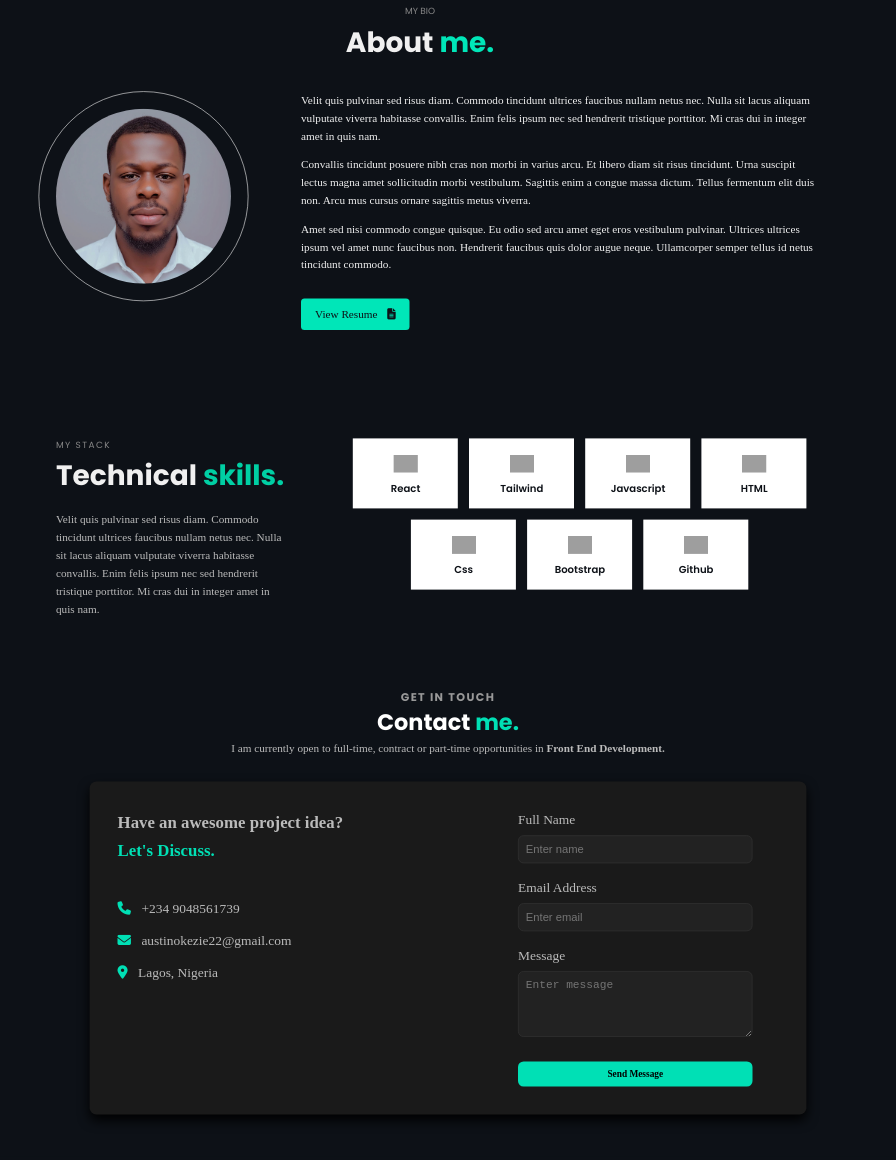
Repository: Austinokezie/Myportfolio
Page: index.html
The author's editor kept a copy of each file at every save. The page is drawn from the files as they stood at one save, then again after the next save.
The browser window is 1280 px wide. The pictures show the part of the page from y = 2045 to 3965 px (the page is 3702 px tall before and 3965 px after), at 70% of full size.
Pictures or frames that could not be fetched are drawn as grey boxes. Some web fonts or font styles are not loaded; a fallback is used.

Above is the page before, as saved 2025-10-15 00:59:56.

After the next save:
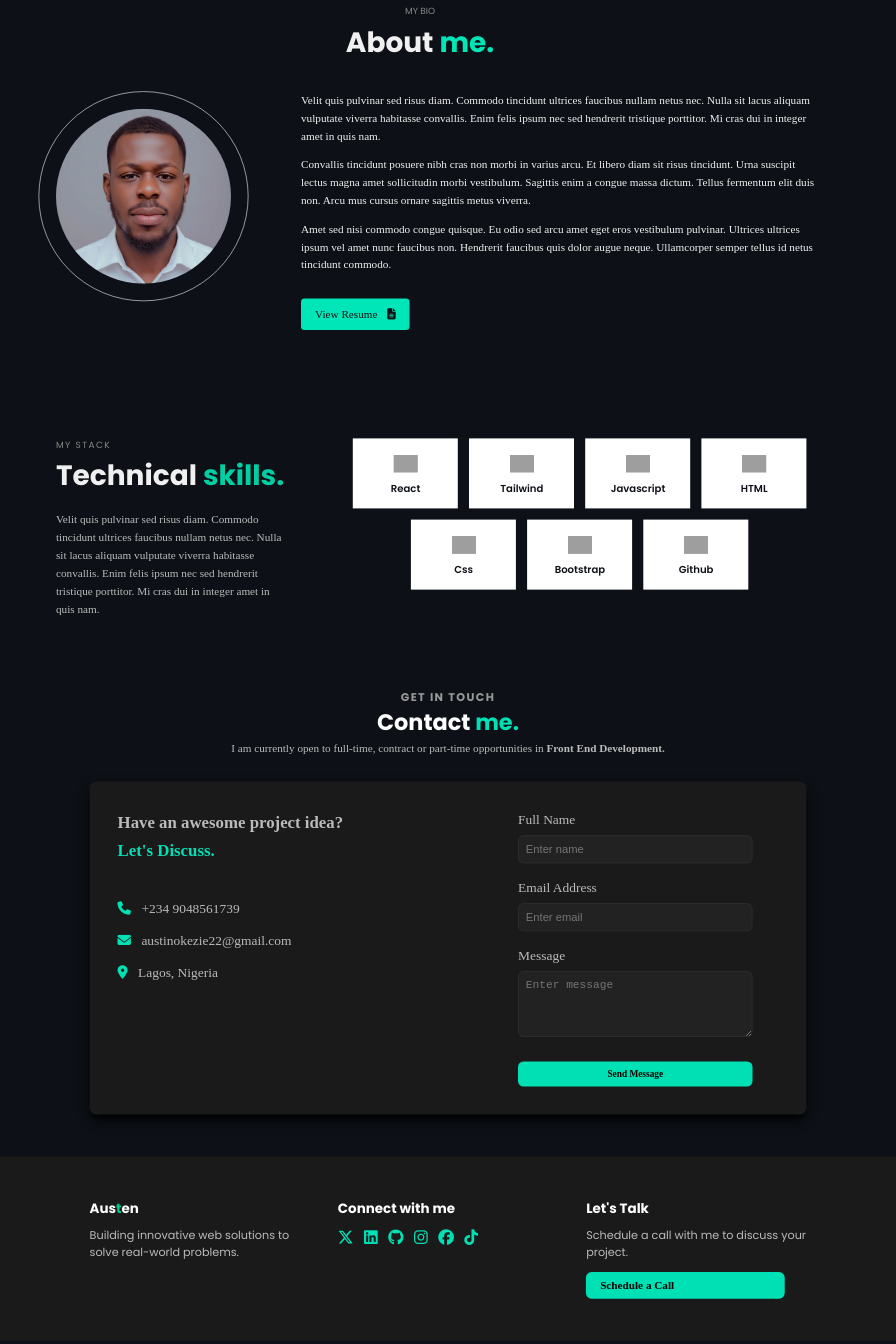
Saved 2 s later.
--- a/index.html
+++ b/index.html
@@ -250,6 +250,38 @@
          </div>
     </section>
 
+    <footer class="footer">
+       <div class="footer-container">
+         <!-- Left Column -->
+           <div class="footer-section">
+             <h3>Aus<span>t</span>en</h3>
+             <p>Building innovative web solutions to solve real-world problems.</p>
+           </div>
+
+           <!-- Middle Column -->
+           <div class="footer-section">
+              <h3>Connect with me</h3>
+               <div class="social-icons">
+                   <a href="#"><i class="fab fa-x-twitter"></i></a>
+                   <a href="#"><i class="fab fa-linkedin"></i></a>
+                   <a href="#"><i class="fab fa-github"></i></a>
+                   <a href="#"><i class="fab fa-instagram"></i></a>
+                   <a href="#"><i class="fab fa-facebook"></i></a>
+                   <a href="#"><i class="fab fa-tiktok"></i></a>
+                </div>
+           </div>
+
+           <!-- Right Column -->
+           <div class="footer-section">
+              <h3>Let's Talk</h3>
+             <p>Schedule a call with me to discuss your project.</p>
+             <a href="#" class="btn">Schedule a Call</a>
+           </div>
+       </div>
+    </footer>
+
+
+
 
 
 
